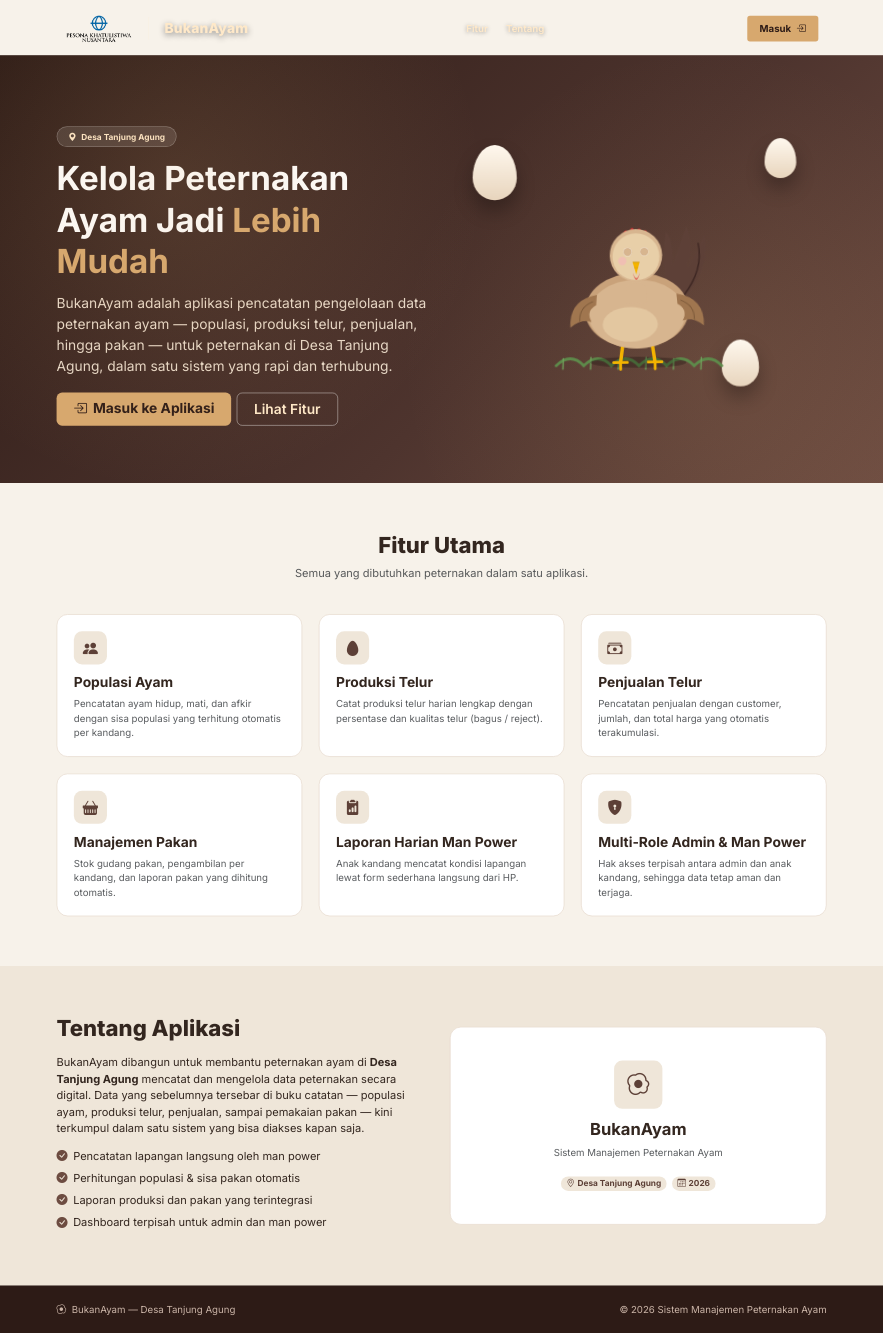
Repository: syafira-nur25/bukanayampart1
Page: http://localhost/
The author's editor kept a copy of each file at every save. The page is drawn from the files as they stood at one save, then again after the next save.
The browser window is 1280 px wide. The pictures show the whole page, at 69% of full size.
The page is served by the project's Laravel application, run on PHP 8.4 with Laravel 12.

Above is the page before, as saved 2026-08-17 12:57:15.

After the next save:
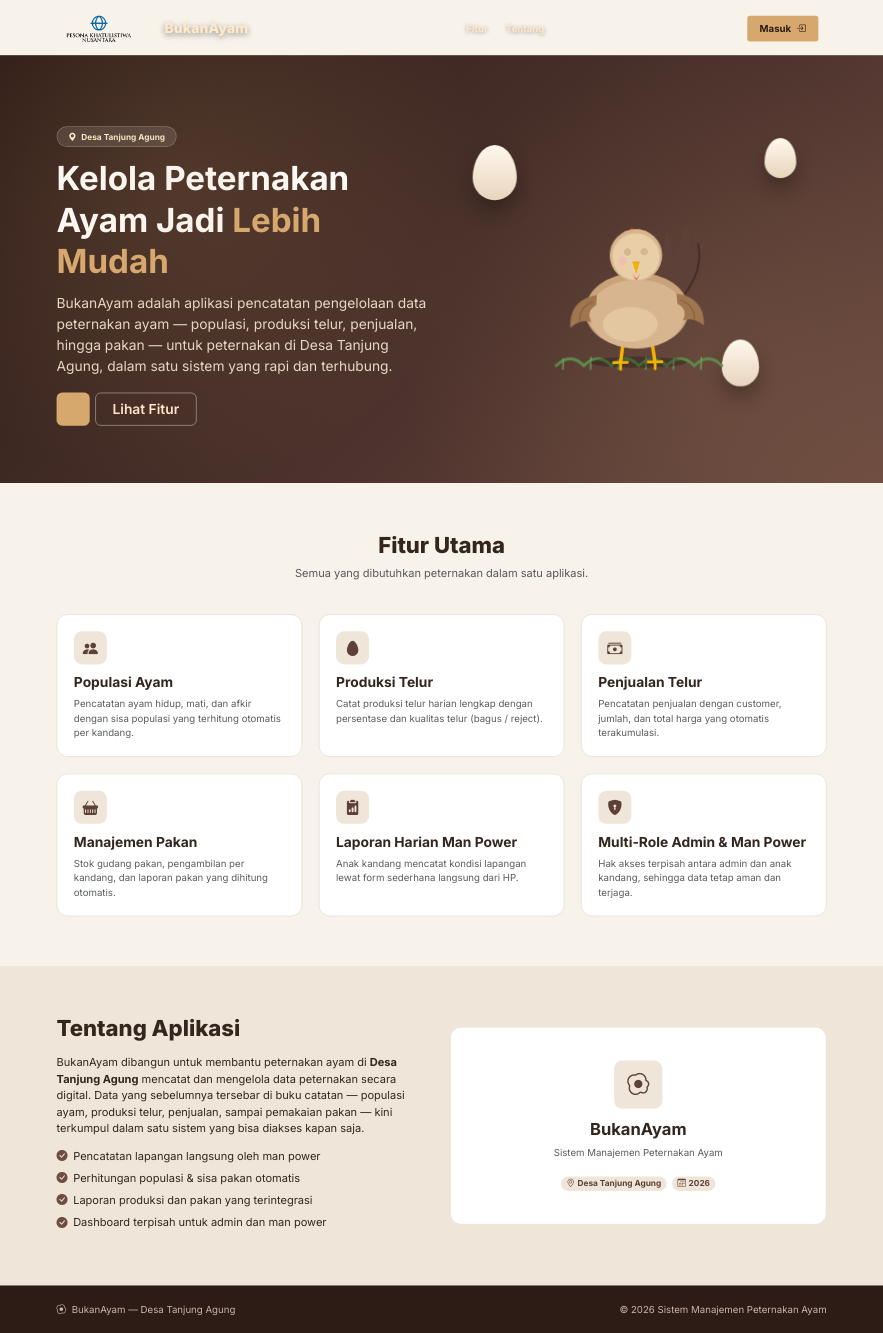
Saved 27 s later.
--- a/resources/views/landing.blade.php
+++ b/resources/views/landing.blade.php
@@ -241,7 +241,6 @@ footer{background:var(--coklat-900);color:#cbb5a8}
         <div class="d-flex gap-2 flex-wrap">
           @guest
             <a href="{{ route('login') }}" class="btn btn-cta btn-lg px-4">
-              <i class="bi bi-box-arrow-in-right me-1"></i> Masuk ke Aplikasi
             </a>
           @endguest
           <a href="#fitur" class="btn btn-ghost btn-lg px-4">Lihat Fitur</a>
